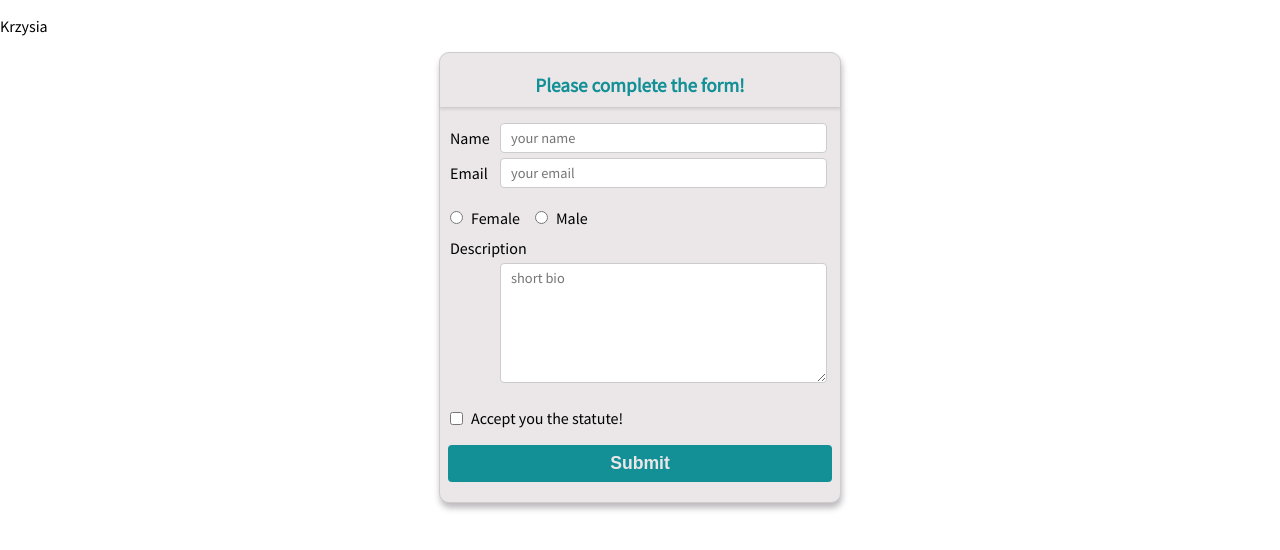
Repository: KrzysKolo/sr_tydzien4_zad2
Page: /
These files come from the project's save history. The page is drawn as it stood at one moment and after the next save; the edit follows.
The browser window is 1280 px wide. The pictures show the whole page.
The project was rebuilt for these pictures with package versions that can differ from the ones it lists, and the page was loaded fresh each time. Also part of the build but not shown: src/components/formComponents/ErrorMessage.js, src/components/formComponents/Message.js.

Above is the page before, as saved 2020-11-28 00:11:30.

### src/index.css
@import url("https://fonts.googleapis.com/css?family=Source+Sans+Pro");
body {
  margin: 0;
  font-family: "Source Sans Pro", sans-serif;
}

code {
  font-family: source-code-pro, Menlo, Monaco, Consolas, "Courier New",
    monospace;
}

### src/App.js
import React from 'react'
import Form from './components/Form';

function App() {
  return (
    <div>
      <p>Krzysia</p>
      <Form />
    </div>
  )
}

export default App

### src/components/Form.js
import React, { Component } from 'react';
import Input from './formComponents/Input';
import TextArea from './formComponents/TextArea';
import Checkbox from './formComponents/Checkbox';
import Radio from './formComponents/Radio';
import Button from './formComponents/Button';
import Header from './formComponents/Header';
import Message from './formComponents/Message';
import radioOptions from './data/RadioOptions';
import styled from 'styled-components';

const ContainerForm = styled.form`
width: 80%;
max-width: 400px;
background: rgb(235, 231, 232);
border: 1px solid rgb(206, 204, 204);
border-radius: 10px;
box-shadow: 1px 5px 6px rgb(189, 185, 189);
margin: 0 auto;
`;

class Form extends Component {

state = {
    Name: '',
    Email: '',
    Description: '',
    accept: false,
    gender: '',
    message: '',
    errors: {
        Name: false,
        Email: false,
        Description: false,
        accept: false,
        gender: false,
        }
}
message = {
    Name_incorrect: "Nazwa musi być dłuższa niż 5 znaków i nie może zawierać spacji",
    Email_incorrect: "Brak @ lub adres zawiera spacje",
    Description_incorrect: "Opis musi zawierać co min 3 znaki i max 150 znaków",
    accept_incorrect: "Nie potwierdziłeś regulaminu",
    gender_incorrect: "Określ płeć",
}

handleChange = e =>{
    const inputName = e.target.name;
    const value = e.target.value;
    this.setState(prev => ({...prev, [inputName]: value}))
}
onSubmit = e => {
    e.preventDefault();
    const validation = this.formValidation();
    if(validation.correct) {
      this.setState({
        Name: "",
        Email: "",
        Description: '',
        accept: false,
        gender: '',
        message: "The form has been submitted!",
        errors: {
          Name: false,
          Email: false,
          Description: false,
          accept: false,
          gender: false,
        }
      })

    } else {
      this.setState({
        errors: {
          Name: !validation.Name,
          Email: !validation.Email,
          Description: !validation.Description,
          accept: !validation.accept,
          gender: !validation.gender,
        }
      })
    }
}

formValidation = () => {
    let Name = false;
    let Email = false;
    let Description = false;
    let accept = false;
    let gender = false;
    let correct = false;
    if(this.state.Name.length > 5) {
      Name = true;
    }
    if(this.state.Email.indexOf('@') !== -1 && this.state.Email.lastIndexOf(' ') === -1) {
      Email = true;
    }
    if(this.state.Description.length >= 3 && this.state.Description.length <= 150) {
      Description = true;
    }
    if(this.state.accept) {
      accept = true;
    }
    if(this.state.gender) {
      gender = true;
    }
    if (Name && Email && Description && accept && gender){
        correct = true;
      }
   return ({
      Name,
      Email,
      Description,
      accept,
      gender,
      correct,

    })

  }
  componentDidUpdate() {
   if (this.state.message !== '') {
      setTimeout(() => this.setState({
        message: ''
      }), 3000)
    }
  }
    render () {

    return (
        <ContainerForm onSubmit={this.onSubmit} noValidate>
          <Header />
          <Input type="text" placeholder="your name" value={this.state.Name} name="Name" onChange={this.handleChange} errorInfo={this.state.errors.Name} message={this.message.Name_incorrect} />
          <Input type="email" placeholder="your email" value={this.state.Email} name="Email" onChange={this.handleChange} errorInfo={this.state.errors.Email} message={this.message.Email_incorrect} />
          <Radio type="radio" name="gender" options={radioOptions} onChange={this.handleChange} errorInfo={this.state.errors.gender} message={this.message.gender_incorrect}/>
          <TextArea  rows="6" placeholder="short bio" value={this.state.Description} name="Description" onChange={this.handleChange} errorInfo={this.state.errors.Description} message={this.message.Description_incorrect} />
          <Checkbox  type="checkbox" name="accept" checked={this.state.accept}  onChange={this.handleChange} errorInfo={this.state.errors.accept} message={this.message.accept_incorrect} />
          <Button type="submit" />
          {this.state.message && <Message message={this.state.message} /> }
        </ContainerForm>
    )
    }
}

export default Form

### src/components/formComponents/Input.js
import React from 'react'
import styled from 'styled-components';
import ErrorMessage from './ErrorMessage';
const InputDiv = styled.div`
    display: flex;
    flex-direction: row;
    align-content: center;
    margin: 0 auto;
    padding-top: 5px;
`;
const InputLabel = styled.label`
    width: 10%;
    font-size: 1rem;
    padding: 5px 10px;
`;
const inputStyles = errorInfo => `
    width: 80%;
    max-width: 305px;
    padding: 5px 10px;
    border: 1px solid ${errorInfo ? '#d3170d' : '#ccc'};
    border-radius: 4px;
    font-family: inherit;
    font-size: 0.9rem;
`;
const InputError = styled.input`
    ${props => inputStyles(props.errorInfo)}
`;

const TextArea = (props) => {
    const { name, message, errorInfo }= props;
    return (
        <>
            <InputDiv>
                <InputLabel htmlFor={name} >{name} </InputLabel>
                <InputError id={name} {...props} errorInfo={errorInfo} message={message}/>
            </InputDiv>
            {errorInfo && <ErrorMessage message={message} /> }
        </>
    )

}

export default TextArea;

### src/components/formComponents/TextArea.js
import React from 'react'
import styled from 'styled-components';
import ErrorMessage from './ErrorMessage';

const TextAreaDiv = styled.div`
    display: flex;
    flex-direction: column;
    align-content: center;
    margin: 0 auto;
    padding-top: 5px;

`;
const TextAreaLabel = styled.label`
    width: 10%;
    font-size: 1rem;
    padding: 5px 10px;
`;
const textAreaStyles = errorInfo => `
    width: 80%;
    max-width: 305px;
    margin: 0 auto 0 15%;
    padding: 5px 10px;
    border: 1px solid ${errorInfo ? '#d3170d' : '#ccc'};
    border-radius: 4px;
    font-family: inherit;
    font-size: 0.9rem;

`;
const TextAreaError = styled.textarea`
    ${props => textAreaStyles(props.errorInfo)}
`;

const Input = (props) => {
    const { name, message, errorInfo }= props;
    return (
        <>
            <TextAreaDiv>
                <TextAreaLabel htmlFor={name}>{name} </TextAreaLabel>
                <TextAreaError id={name} {...props} errorInfo={errorInfo} message={message}/>
            </TextAreaDiv>
            {errorInfo && <ErrorMessage message={message} /> }
        </>
    )

}

export default Input;

### src/components/formComponents/Checkbox.js
import React from 'react'
import styled from 'styled-components';
import ErrorMessage from './ErrorMessage';

const CheckboxDiv = styled.div`
    display: flex;
    flex-direction: row;
    align-items: center;
    margin-bottom: -8px;
    margin-top: 5%;

`;
const CheckboxLabel = styled.label`
    font-size: 1rem;
    padding: 5px;
`;

const CheckboxError = styled.input`
    margin-left: 10px;
`;

const Checkbox = (props) => {
    const { name, message, errorInfo }= props;
    return (
        <>
            <CheckboxDiv>
                <CheckboxError id={name} {...props} errorInfo={errorInfo} message={message}/>
                <CheckboxLabel htmlFor={name}> Accept you the statute! </CheckboxLabel>
            </CheckboxDiv>
            {errorInfo && <ErrorMessage message={message} /> }
        </>
    )

}

export default Checkbox;

### src/components/formComponents/Radio.js
import React from 'react'
import styled from 'styled-components';
import ErrorMessage from './ErrorMessage';

const RadioDiv = styled.div`
    display: flex;
    flex-direction: row;
    align-items: center;
    margin-top: 5%;
`;
const RadioLabel = styled.label`
    font-size: 1rem;
    padding: 5px;
`;

const RadioError = styled.input`
    margin-left: 10px;
`;

const Checkbox = (props) => {
    const { name,  message, errorInfo, options }= props;
    return (
        <>
            <RadioDiv>
              {options.map(option =>
                <div key={option.id}>
                    <RadioError id={option.id} name={name} {...props} errorInfo={errorInfo} message={message} />
                    <RadioLabel htmlFor={option.id}>{option.label}</RadioLabel>
                </div>)}
             </RadioDiv>
            {errorInfo && <ErrorMessage message={message} /> }
        </>

    )

}

export default Checkbox;

### src/components/formComponents/Button.js
import React from 'react'
import styled from 'styled-components';

const BtnSubmit = styled.button`
    background: rgb(19, 144, 150);
    border: none;
    border-radius: 4px;
    color: rgb(235, 231, 232);
    cursor: pointer;
    display: block;
    font-size: 1.1rem;
    font-weight: 700;
    margin: 5% auto;
    outline: none;
    padding: 8px 0;
    transition: all 0.3s ease-in-out;
    width: 96%;
    &:hover {
        background: transparent;
        border: 1px solid rgba(19, 144, 150, 0.3);
        box-shadow: inset 3px -3px 5px rgba(19, 144, 150, 0.2);
        color: rgb(19, 144, 150);
    }

`;

const Button = () => {
    return (
        <BtnSubmit>Submit</BtnSubmit>
    )
}

export default Button;

### src/components/formComponents/Header.js
import React from 'react';
import styled from 'styled-components';

const HeaderTitle = styled.header`
    border-bottom: 1px solid rgb(206, 204, 204);
    box-shadow: 0 2px 2px rgba(189, 185, 189, 0.4);
    color: rgb(19, 144, 150);
    font-size: 1.2rem;
    font-weight: 900;
    padding: 10px;
    margin: 10px auto;
    text-align: center;

`;

const Header = () => {
    return (
        <HeaderTitle>
            Please complete the form!
        </HeaderTitle>
    )
}

export default Header;

### src/components/data/RadioOptions.js
const RadioOptions=[
    { id: 0, value: "female", label: 'Female' },
    { id: 1, value: "male", label: 'Male' },


];
export default RadioOptions;

Loaded but not shown: public/index.html (common file); src/index.js (common file)

After the next save:
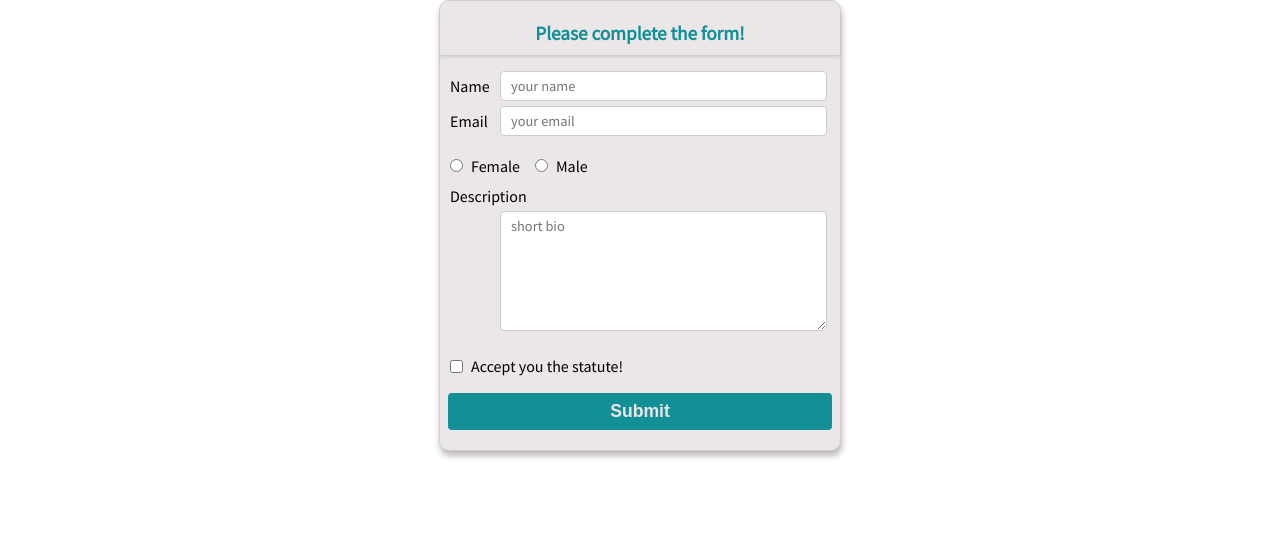
Saved 42 s later.
--- a/src/App.js
+++ b/src/App.js
@@ -4,7 +4,6 @@ import Form from './components/Form';
 function App() {
   return (
     <div>
-      <p>Krzysia</p>
       <Form />
     </div>
   )
